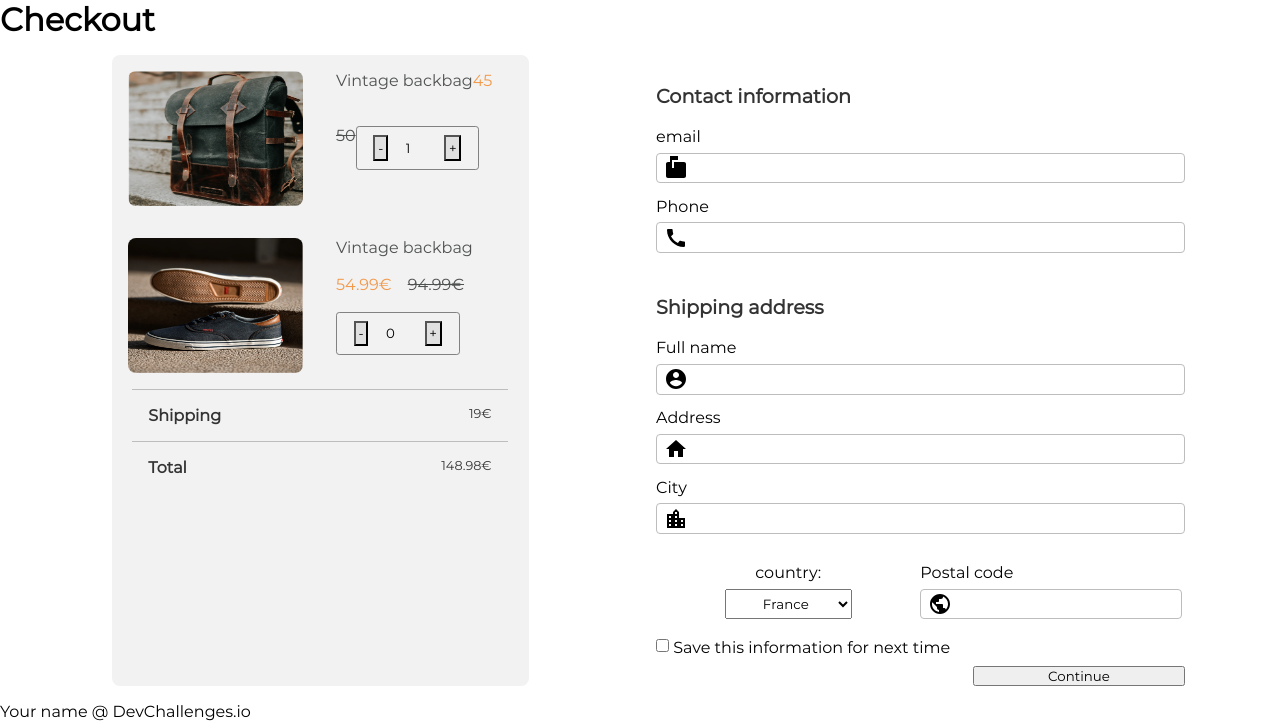
Repository: dubar-jeremy/checkout-page-master
Page: index.html
An editor plug-in stored every save of this project. The page is shown before and after the next save, followed by the edit.
The browser window is 1280 px wide. The pictures show the whole page.
The style sheet was rebuilt from its Sass, Less or Tailwind sources for each picture, by a compiler version that may differ from the author's.

Above is the page before, as saved 2021-02-06 00:09:34.

After the next save:
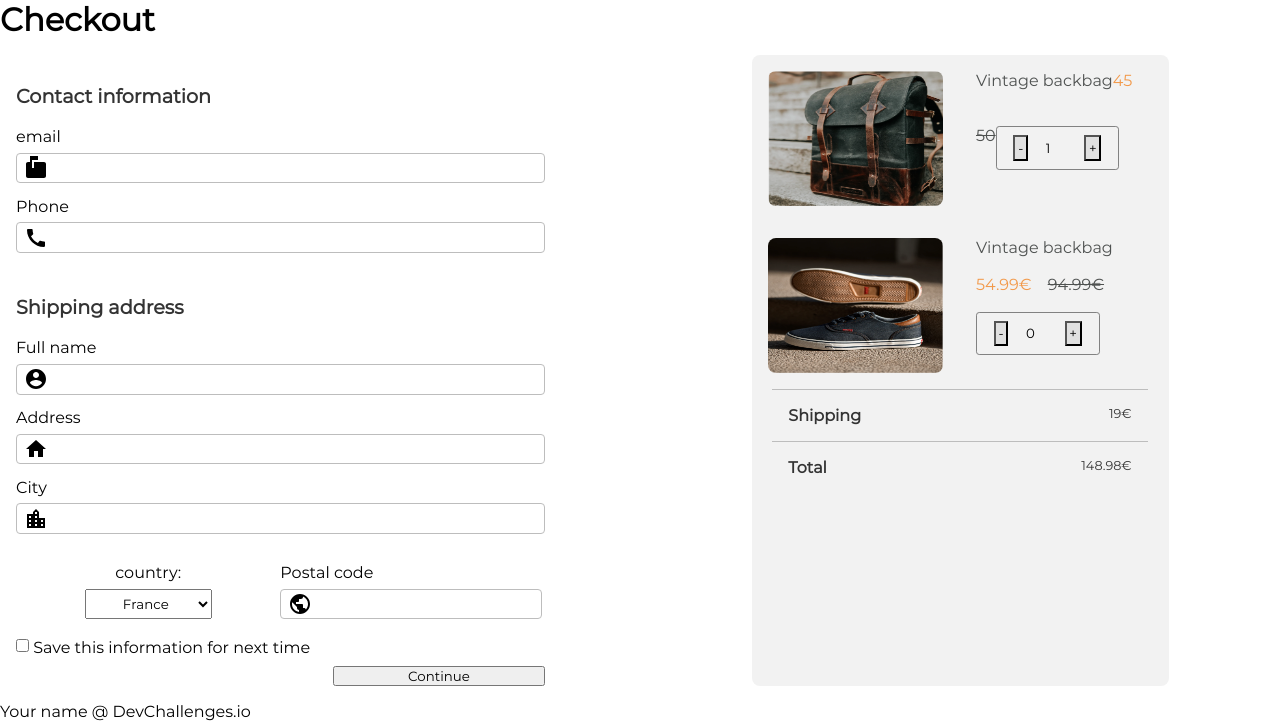
Saved 28 s later.
--- a/style/style.scss
+++ b/style/style.scss
@@ -240,11 +240,11 @@ form {
 
   .checkout-container {
     grid-row: 1 / 2;
-    grid-column: 1 / 2;
+    grid-column: 2 / 3;
     margin: 0 auto;
   }
   .form {
     grid-row: 1 / 2;
-    grid-column: 2 / 3;
-  }
-}
+    grid-column: 1 / 2;
+  }
+}
